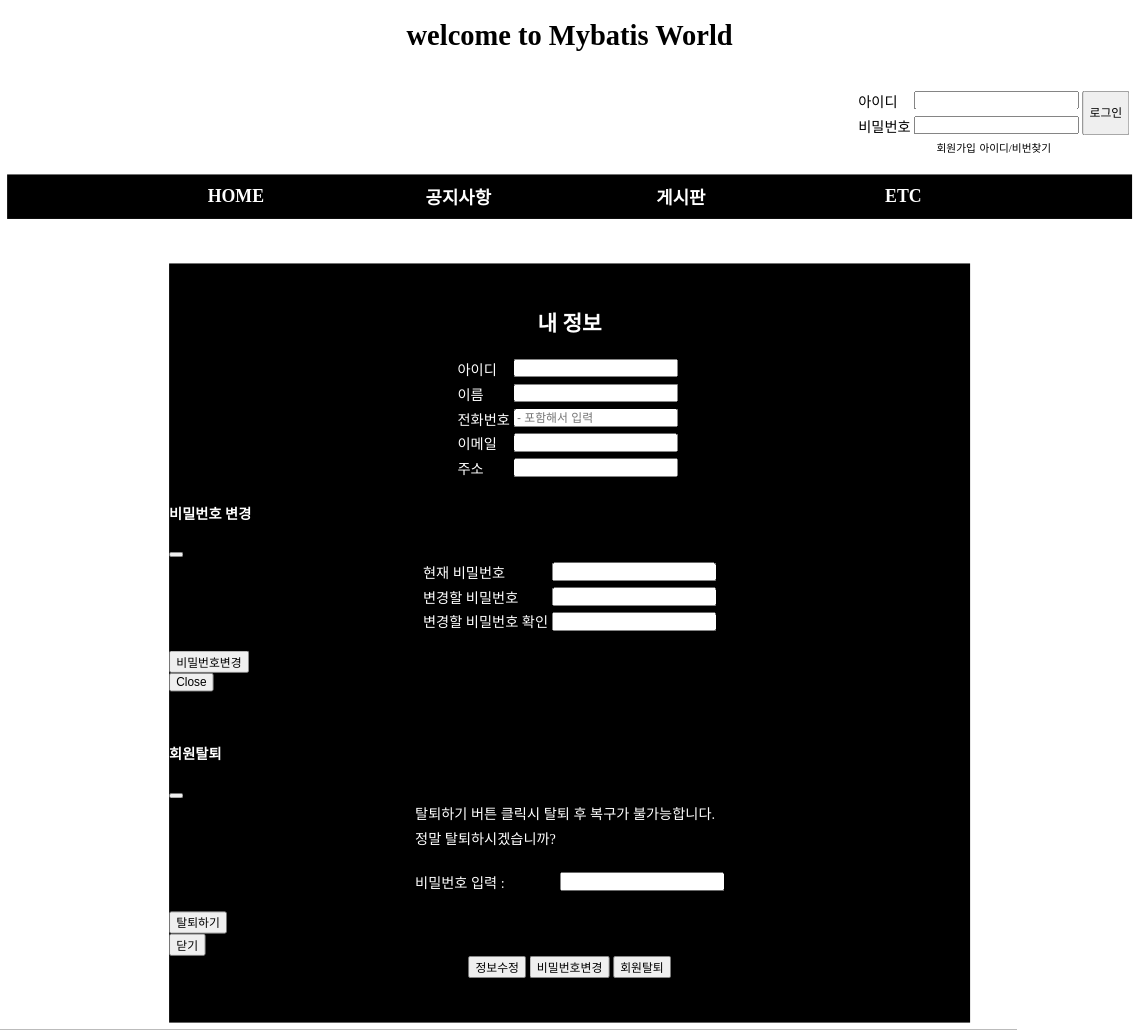
Repository: jchxnee/Juchan
Page: http://localhost/mybatisProject/views/member/myPage.jsp
The author's editor kept a copy of each file at every save. The page is drawn from the files as they stood at one save, then again after the next save.
The browser window is 1280 px wide. The pictures show the whole page, at 89% of full size.
The page is served by Tomcat 10.

Above is the page before, as saved 2025-03-06 05:52:40.

After the next save:
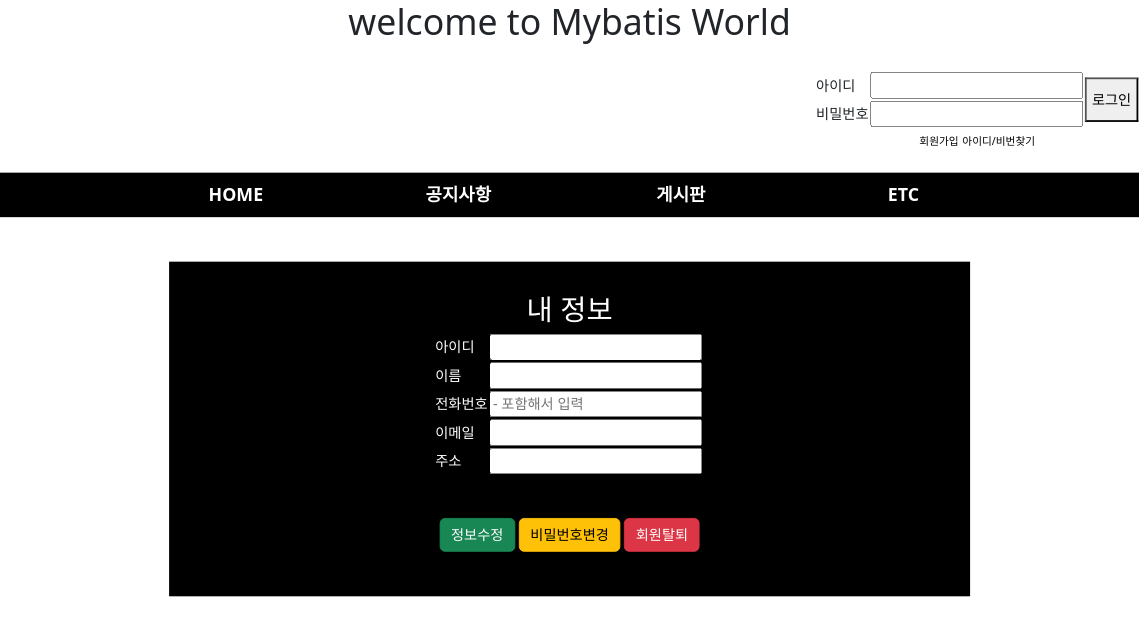
Saved 31 min 31 s later.
--- a/08_MyBatis/mybatisProject/src/main/webapp/views/common/menubar.jsp
+++ b/08_MyBatis/mybatisProject/src/main/webapp/views/common/menubar.jsp
@@ -6,6 +6,18 @@
 <head>
 <meta charset="UTF-8">
 <title>Insert title here</title>
+
+<!-- jQuery -->
+<script
+   src="https://ajax.googleapis.com/ajax/libs/jquery/3.7.1/jquery.min.js"></script>
+
+<!-- 부트스트랩 5.3.3 -->
+<link
+   href="https://cdn.jsdelivr.net/npm/bootstrap@5.3.3/dist/css/bootstrap.min.css"
+   rel="stylesheet">
+<script
+   src="https://cdn.jsdelivr.net/npm/bootstrap@5.3.3/dist/js/bootstrap.bundle.min.js"></script>
+
 <style>
     .login-area a{
         text-decoration: none;
